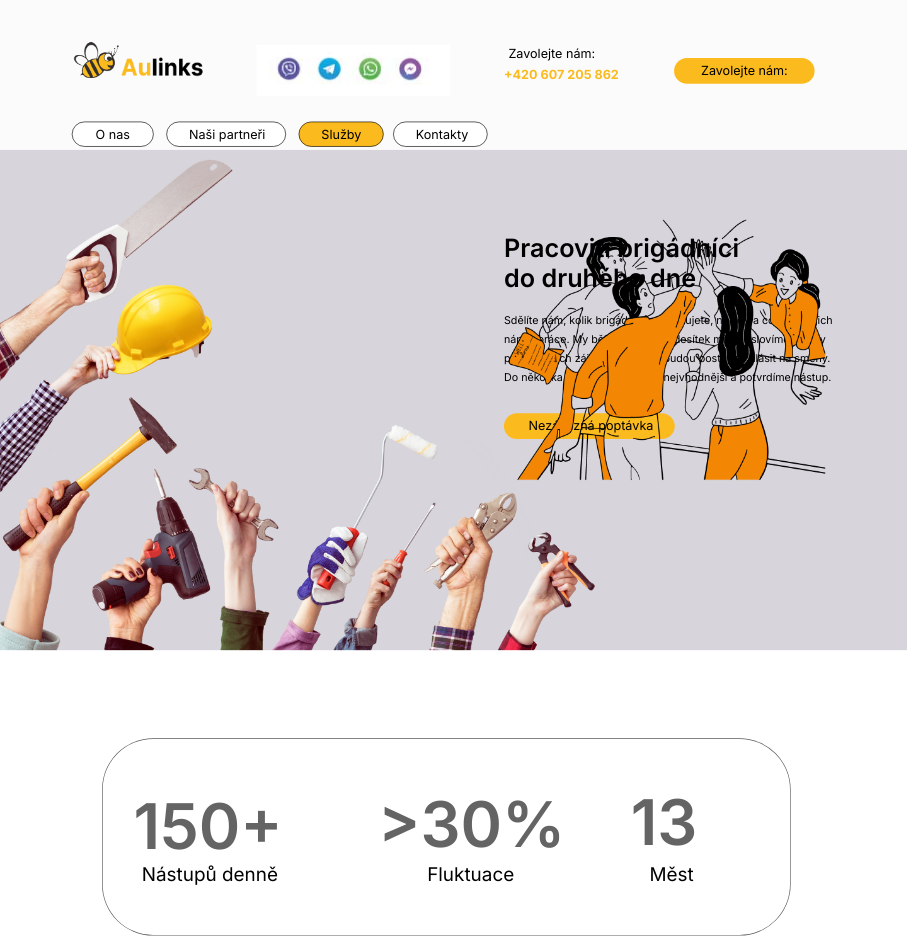
Repository: bilday08/bilday08.github.io
Page: page2.html
The author's editor kept a copy of each file at every save. The page is drawn from the files as they stood at one save, then again after the next save.
The browser window is 1280 px wide. The page is 1440 px wide, so the pictures cover 1440 px, including what lies to the right of the window. The pictures show the whole page, at 63% of full size.

Above is the page before, as saved 2022-10-16 00:48:11.

### page2.html
<!DOCTYPE html>
<html>
<head>
    <meta charset= utf-8 />
    <meta http-equiv="X-UA-Compatible" content="IE=edge">
    <meta name="viewport" content="width=device-width, initial-scale=1.0">
    <link href="./reset.css" rel="stylesheet"/>
    <link href="./style2.css" rel="stylesheet"/>
    <link href="./responsive2.css" rel="stylesheet"/>
    <link
    rel="stylesheet"
    href="https://cdnjs.cloudflare.com/ajax/libs/font-awesome/6.2.0/css/all.min.css"
    integrity="sha512-xh6O/CkQoPOWDdYTDqeRdPCVd1SpvCA9XXcUnZS2FmJNp1coAFzvtCN9BmamE+4aHK8yyUHUSCcJHgXloTyT2A=="
    crossorigin="anonymous"
    referrerpolicy="no-referrer" />
    <title>aulinks2</title>
    <link rel="preconnect" href="https://fonts.googleapis.com">
    <link rel="preconnect" href="https://fonts.gstatic.com" crossorigin>
    <link href="https://fonts.googleapis.com/css2?family=Inter:wght@400;600;700;900&display=swap" rel="stylesheet">
    <link
    href="https://cdn.jsdelivr.net/npm/bootstrap@5.2.2/dist/css/bootstrap.min.css"
    rel="stylesheet"
    integrity="sha384-Zenh87qX5JnK2Jl0vWa8Ck2rdkQ2Bzep5IDxbcnCeuOxjzrPF/et3URy9Bv1WTRi"
    crossorigin="anonymous">
    <link
    href="https://cdn.jsdelivr.net/npm/bootstrap@5.2.2/dist/css/bootstrap.min.css"
    rel="stylesheet"
    integrity="sha384-Zenh87qX5JnK2Jl0vWa8Ck2rdkQ2Bzep5IDxbcnCeuOxjzrPF/et3URy9Bv1WTRi"
    crossorigin="anonymous">
</head>
<body>
    <div class="wrapper">
        <herder class="herder">
            <div class="container-top">
                <img srcset="./images/logo.png 2x" alt="#" class="herder-log"/>
                <div class="herder-log--2">
                    <img src="./images/Aulinks.png" alt="#" class="herder-log--line"/>
                    <img src="./images/Menu Rounded.png" alt="#" class="herder-log-menu">
                </div>
                <div class="herder-images">
                    <img src="./images/1.png" alt="#" class="herder-images--contact"/>
                </div>
                <div class="herder-phone">
                    <span class="herder-phone--text">Zavolejte nám:</span>
                    <span class="herder-phone--number">+420 607 205 862</span>
                </div>
                <div class="herder-button">
                    <a href="#" class="herder-button--brand">Zavolejte nám:</a>
                </div>
                <div class="herder-button--bottom">
                    <a href="#" class="herder-button--bottom1">O nas</a>
                    <a href="#" class="herder-button--bottom2">Naši partneři</a>
                    <a href="#" class="herder-button--bottom3">Služby</a>
                    <a href="#" class="herder-button--bottom4">Kontakty</a>
                </div>
                <div class="container-center">
                    <h1 class="herder-background--content1">Pracovití brigádníci do druhého dne</h1>
                    <p class="herder-background--content2">
                    Sdělíte nám, kolik brigádníků potřebujete, na kdy a co bude jejich náplní práce.
                    My během několika desítek minut oslovíme stovky potenciálních zájemců, kteří se
                    budou postupně hlásit na směny. Do několika hodin vybereme ty nejvhodnější a potvrdíme nástup.
                    </p>
                    <div class="herder-background--button">
                        <a href="#" class="herder-backgroud--button1">Nezávazná poptávka</a>
                    </div>
                    <div class="container-top--center">
                        <img src="./images/page2(1).png" alt="#" class="herder-images--top_center"/>
                    </div>
                <div class="center-button">
                    <a href="#" class="center-button--white">
                        <div class="center-button--first">
                            <span class="center-button--first1">150+</span>
                            <span class="center-button--first2">Nástupů denně</span>
                        </div>
                        <div class="center-button--second">
                            <span class="center-button--second1">>30%</span>
                            <span class="center-button--second2">Fluktuace</span>
                        </div>
                        <div class="center-button--third">
                            <span class="center-button--third1">13</span>
                            <span class="center-button--third2">Měst</span>
                        </div>
                        <a href="#" class="center-line"></a>
                    </a>
                </div>
<script
src="https://cdn.jsdelivr.net/npm/@popperjs/core@2.11.6/dist/umd/popper.min.js"
integrity="sha384-oBqDVmMz9ATKxIep9tiCxS/Z9fNfEXiDAYTujMAeBAsjFuCZSmKbSSUnQlmh/jp3"
crossorigin="anonymous"></script>
<script
src="https://cdn.jsdelivr.net/npm/bootstrap@5.2.2/dist/js/bootstrap.min.js"
integrity="sha384-IDwe1+LCz02ROU9k972gdyvl+AESN10+x7tBKgc9I5HFtuNz0wWnPclzo6p9vxnk"
crossorigin="anonymous"></script>
</body>
</html>

### style2.css
*{
    box-sizing: border-box;
    font-family: 'Inter', sans-serif;
    margin: 0;
    padding: 0;
}
.wrapper{
    max-width: 1440px;
}
  /*hedder*/
.container-top{
    max-width: 1440px;
    height: 410px;
    background-image: url(./images/Rectangle\ 8\ \(7\).png);
    background-repeat: no-repeat;
    background-size: auto;
    position: absolute;
}
.herder-log{
    position: absolute;
    width: 78px;
    height: 71px;
    margin-top: 60px;
    margin-left: 114px;
}
.herder-log--line{
    width: 130px;
    height: 30px;
    margin-left: 192px;
    margin-top: 91px;
}
.herder-log-menu{
    width: 30px;
    height: 30px;
    display: none;
}
.herder-images--contact{
    width: 308.12px;
    height: 81.11px;
    margin-left: 407px;
    margin-top: -50px;
}
.herder-phone--text{
    display: block;
    width: 145px;
    height: 30px;
    font-weight: 400;
    font-size: 20px;
    line-height: 24px;
    color: black;
    margin-left: 807px;
    margin-top: -79px;
    margin-right: 491px;
}
.herder-phone--number{
    display: block;
    width: 185px;
    height: 24px;
    font-weight: 700;
    font-size: 20px;
    line-height: 24px;
    color: #FBBA1D;
    margin: 4px 455px 0 800px;
}
.herder-button--brand{
   text-align: center;
   text-decoration: none;
   padding: 8px 39px;
   color: black;
   background-color: #FBBA1D;
   width: 223px;
   height: 41px;
   font-weight: 400;
   font-size: 20px;
   line-height: 24px;
   border-radius: 30px;
   margin-top: -39px;
   margin-left: 1070px;
   display: block;
}
.herder-button--bottom1{
   text-decoration: none;
   text-align: center;
   display: block;
   color: black;
   background-color: white;
   padding: 7px 35px;
   width: 130px;
   height: 40px;
   font-weight: 400;
   font-size: 20px;
   line-height: 24px;
   border-radius: 30px;
   border: 1px solid #000000;
   margin-top: 60px;
   margin-left: 114px;
}
.herder-button--bottom2{
   text-decoration: none;
   text-align: center;
   display: block;
   color: black;
   background-color: white;
   padding: 7px 35px;
   width: 190px;
   height: 40px;
   font-weight: 400;
   font-size: 20px;
   line-height: 24px;
   border-radius: 30px;
   border: 1px solid #000000;
   margin-top: -40px;
   margin-left: 264px;
   white-space: nowrap;
}
.herder-button--bottom3{
   text-decoration: none;
   text-align: center;
   display: block;
   color: black;
   background-color: #FBBA1D;
   padding: 7px 35px;
   width: 135px;
   height: 40px;
   font-weight: 400;
   font-size: 20px;
   line-height: 24px;
   border-radius: 30px;
   border: 1px solid #000000;
   margin-top: -40px;
   margin-left: 474px;
}
.herder-button--bottom4{
   text-decoration: none;
   text-align: center;
   display: block;
   color: black;
   background-color: white;
   padding: 7px 35px;
   width: 150px;
   height: 40px;
   font-weight: 400;
   font-size: 20px;
   line-height: 24px;
   border-radius: 30px;
   border: 1px solid #000000;
   margin-top: -40px;
   margin-left: 624px;
}
.container-center{
    position: absolute;
    width: 1440px;
}
.herder-background--content1{
    width: 427px;
    height: 95px;
    font-weight: 600;
    font-size: 40px;
    line-height: 48px;
    color: #000000;
    margin-left: 113px;
    margin-top: 349px;
}
.herder-background--content2{
    width: 535px;
    height: 120px;
    font-weight: 400;
    font-size: 17px;
    line-height: 30px;
    color: #000000;
    margin-top: 28px;
    margin-left: 113px;
}
.herder-backgroud--button1{
   text-decoration: none;
   text-align: center;
   display: block;
   padding: 8px 39px;
   color: black;
   background-color: #FBBA1D;
   width: 271px;
   height: 41px;
   font-weight: 400;
   font-size: 20px;
   line-height: 24px;
   border-radius: 30px;
   margin-top: 43px;
   margin-left: 113px;
   white-space: nowrap;
}
.herder-images--top_center{
    max-width: 100%;
    height: auto;
    margin-left: 807px;
    margin-top: -349px;
    margin-bottom: 245px;
}
.center-line1{
    width: 214.12px;
    height: 0px;
    border: 1px solid rgba(0, 0, 0, 0.64);
    margin-top: 420px;
}
.center-button--white{
    text-decoration: none;
    max-width: 1093px;
    height: 313px;
    background-color:#FFFFFF;
    border-radius: 81px;
    display: block;
    margin-top: 165px;
    margin-left: 162px;
    margin-right: 185px;
    padding-top: 78px;
    border: 1px solid rgba(0, 0, 0, 0.64);
}
.center-button--first1{
    display: block;
    font-weight: 600;
    font-size: 100px;
    line-height: 121px;
    color: #646464;
    margin-left: 49px;
}
.center-button--first2{
    width: 240px;
    height: 33px;
    display: block;
    font-weight: 400;
    font-size: 30px;
    line-height: 30px;
    color: #000000;
    margin-left: 62px;
    margin-bottom: 78px;
}
.center-button--second1{
    width: 224px;
    height: 124px;
    font-style: normal;
    font-weight: 600;
    font-size: 100px;
    line-height: 121px;
    color: #646464;
    margin-left: 437px;
    margin-top: -235px;
    display: block;
}
.center-button--second2{
    display: block;
    position: absolute;
    font-style: normal;
    font-weight: 400;
    font-size: 30px;
    line-height: 30px;
    color: black;
    margin-left: 515px;
    margin-bottom: 78px;
}
.center-button--third1{
    display: block;
    font-weight: 600;
    font-size: 100px;
    line-height: 121px;
    color: #646464;
    margin-left: 838px;
    margin-top: -127px;
}
.center-button--third2{
    display: block;
    position: absolute;
    font-style: normal;
    font-weight: 400;
    font-size: 30px;
    line-height: 30px;
    color: black;
    margin-left: 868px;
    margin-top: 6px;
}

Loaded but not shown: reset.css (common file); responsive2.css (746 lines, source omitted)

After the next save:
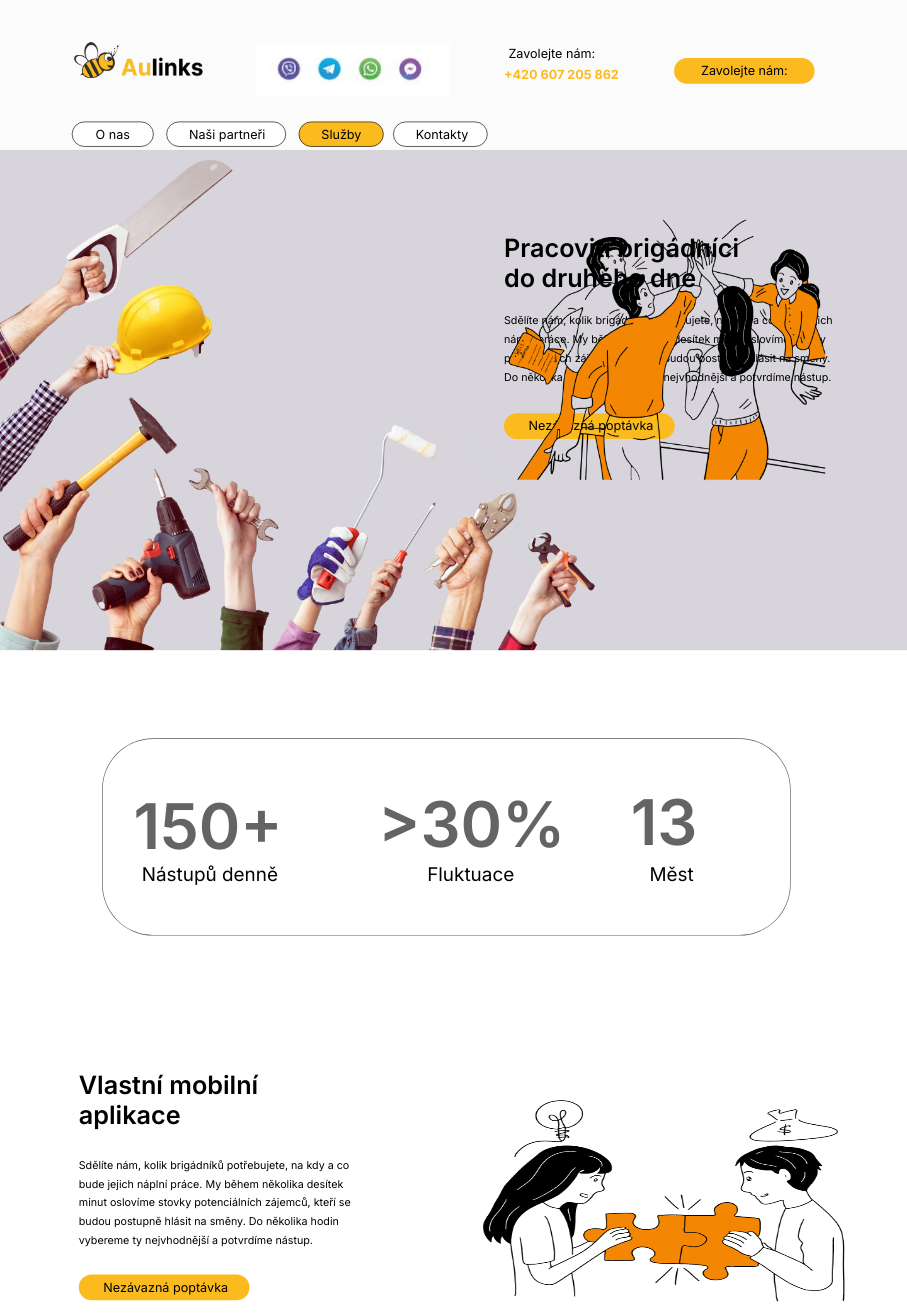
Saved 4 min 55 s later.
--- a/page2.html
+++ b/page2.html
@@ -80,8 +80,27 @@
                             <span class="center-button--third1">13</span>
                             <span class="center-button--third2">Měst</span>
                         </div>
-                        <a href="#" class="center-line"></a>
                     </a>
+                </div>
+        </herder>
+        <main>
+            <section class="service">
+                <div class="container-fluid">
+                    <div class="service-item">
+                        <div class="service-content">
+                            <h2 class="global-heading">Vlastní mobilní aplikace</h2>
+                            <div class="global-text">
+                                Sdělíte nám, kolik brigádníků potřebujete, na kdy a co bude jejich náplní práce.
+                                My během několika desítek minut oslovíme stovky potenciálních zájemců,
+                                kteří se budou postupně hlásit na směny. Do několika hodin vybereme ty nejvhodnější
+                                a potvrdíme nástup.
+                            </div>
+                            <a href="#" class="service-button--first">Nezávazná poptávka</a>
+                            <div class="service-images">
+                                <img src="./images/page2(2).png" alt="#" class="service-images--first"/>
+                            </div>
+                        </div>
+                    </div>
                 </div>
 <script
 src="https://cdn.jsdelivr.net/npm/@popperjs/core@2.11.6/dist/umd/popper.min.js"
--- a/style2.css
+++ b/style2.css
@@ -195,12 +195,6 @@
     margin-top: -349px;
     margin-bottom: 245px;
 }
-.center-line1{
-    width: 214.12px;
-    height: 0px;
-    border: 1px solid rgba(0, 0, 0, 0.64);
-    margin-top: 420px;
-}
 .center-button--white{
     text-decoration: none;
     max-width: 1093px;
@@ -276,3 +270,46 @@
     margin-left: 868px;
     margin-top: 6px;
 }
+.global-heading{
+    max-width: 418px;
+    height: 95px;
+    font-weight: 600;
+    font-size: 40px;
+    line-height: 48px;
+    color: #000000;
+    margin-top: 213px;
+    margin-left: 113px;
+}
+.global-text{
+    font-weight: 400;
+    font-size: 17px;
+    line-height: 30px;
+    color: #000000;
+    max-width: 432px;
+    height: 189px;
+    margin-left: 113px;
+    margin-top: 41px;
+}
+.service-button--first{
+    text-decoration: none;
+    text-align: center;
+    display: block;
+    padding: 8px 39px;
+    color: black;
+    background-color: #FBBA1D;
+    width: 271px;
+    height: 41px;
+    font-weight: 400;
+    font-size: 20px;
+    line-height: 24px;
+    border-radius: 30px;
+    white-space: nowrap;
+    margin-left: 113px;
+}
+.service-images--first{
+    width: 583px;
+    height: 360px;
+    display: block;
+    margin-top: -338px;
+    margin-left: 750px;
+}
